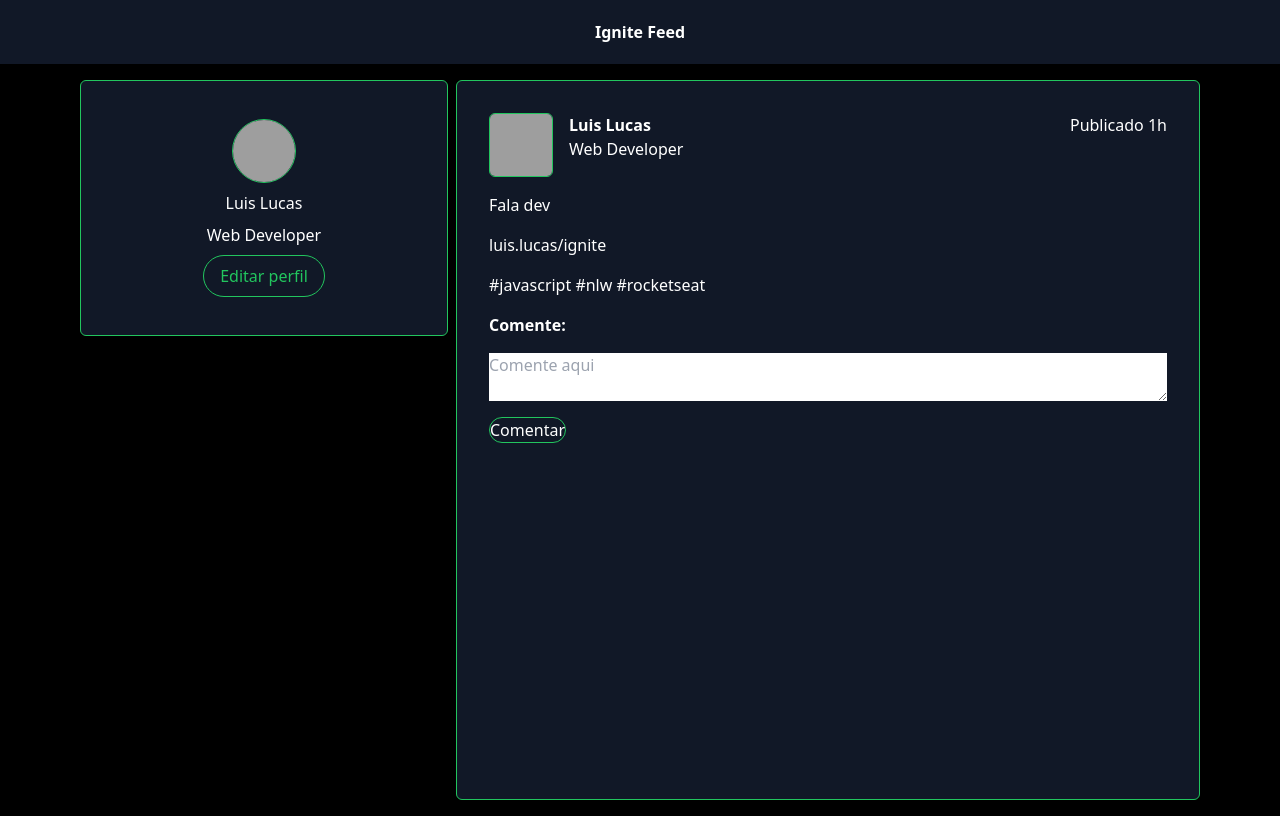
Repository: LuisSempre/ignite-feed
Page: /
An editor plug-in stored every save of this project. The page is shown before and after the next save, followed by the edit.
The browser window is 1280 px wide. The pictures show the whole page.
Pictures or frames that could not be fetched are drawn as grey boxes. The project was rebuilt for these pictures with package versions that can differ from the ones it lists, and the page was loaded fresh each time. Also part of the build but not shown: vite.config.js.

Above is the page before, as saved 2022-07-13 23:27:05.

After the next save:
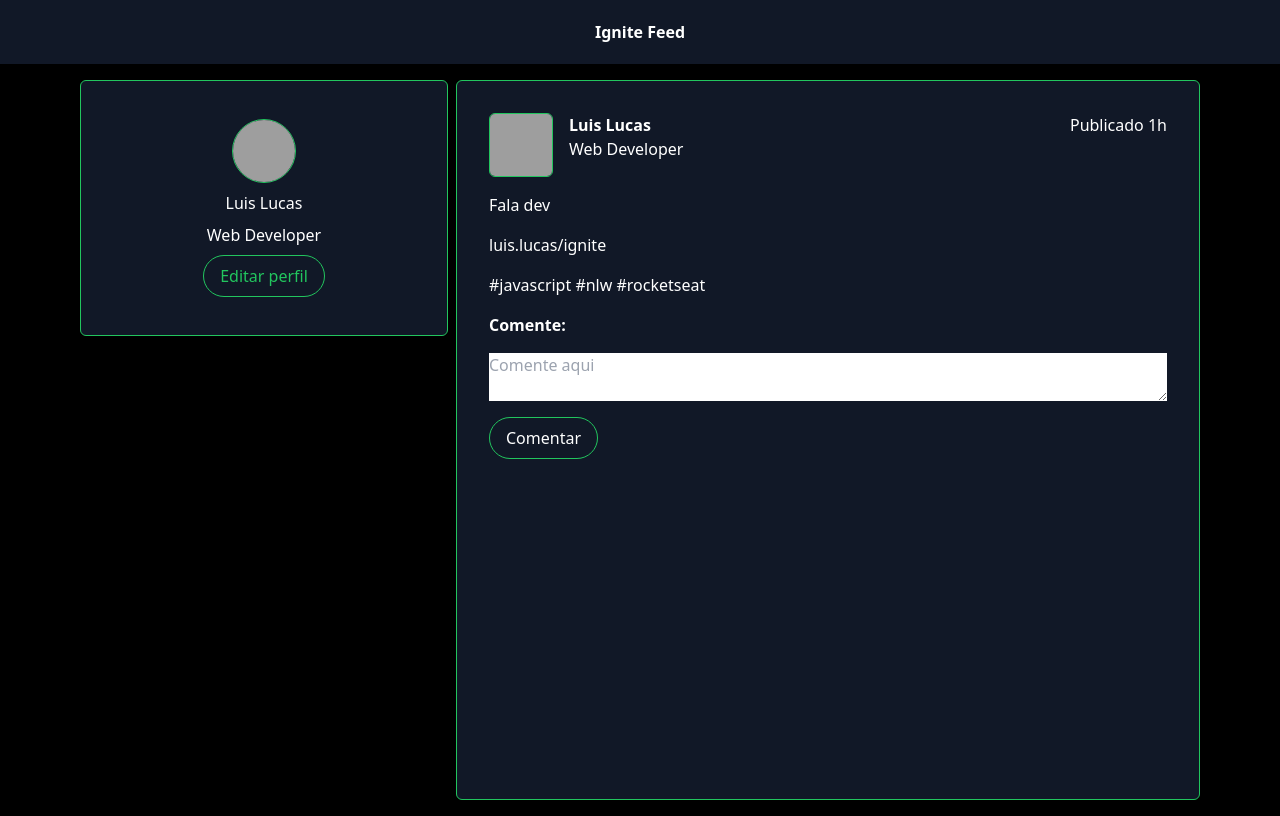
Saved 10 s later.
--- a/src/Components/Post.jsx
+++ b/src/Components/Post.jsx
@@ -28,7 +28,7 @@ export function Post() {
         <textarea className="w-full" placeholder="Comente aqui" />
         <button
         type="submit"
-        className="border border-green-500 rounded-full"
+        className="border border-green-500 rounded-full px-4 py-2"
         >Comentar</button>
       </form>
     </div>
